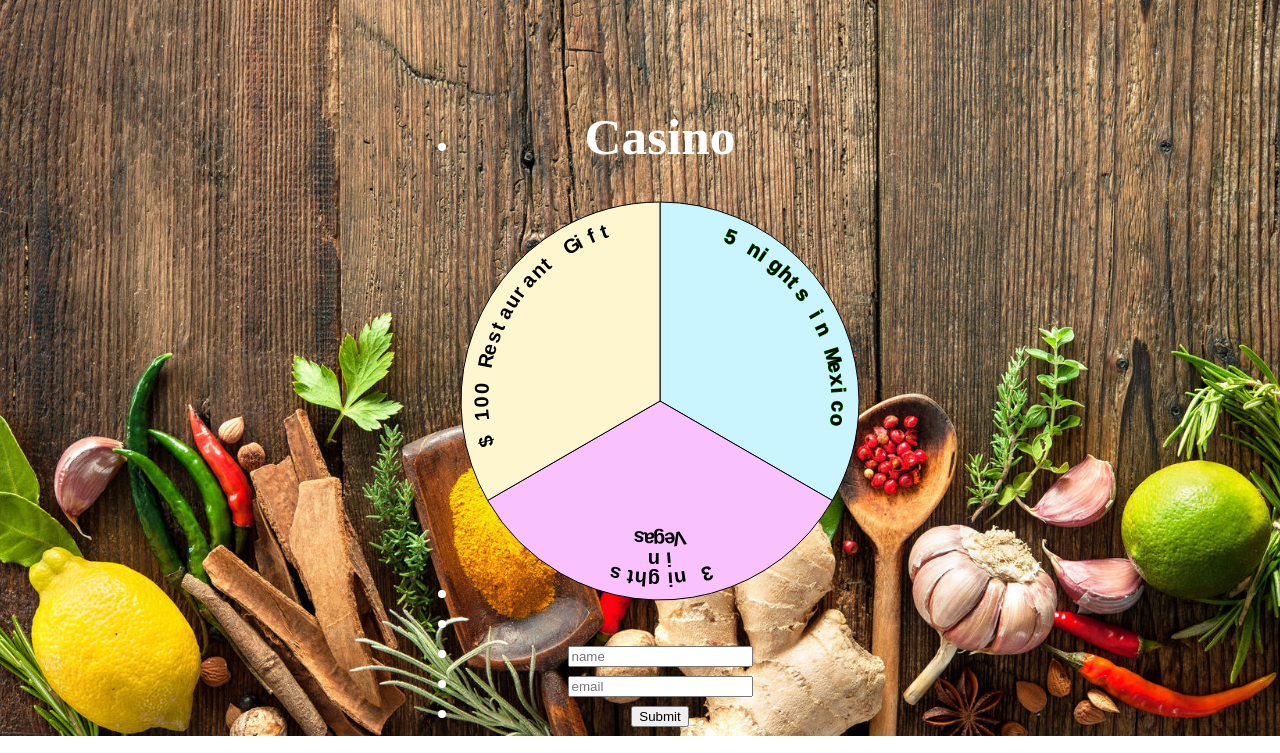
Repository: 43320888/upwork
Page: index.html
These files come from the project's save history. The page is drawn as it stood at one moment and after the next save; the edit follows.
The browser window is 1280 px wide. The pictures show the whole page.

Above is the page before, as saved 2019-01-16 21:23:52.

After the next save:
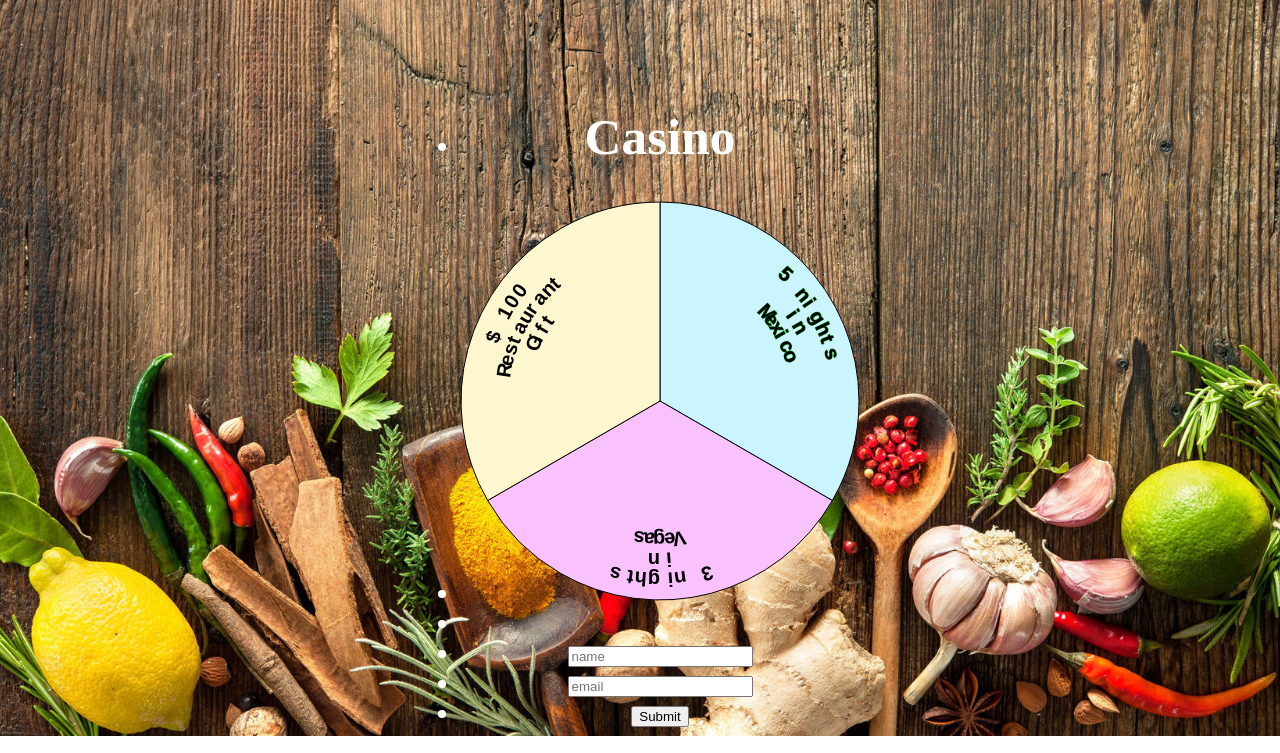
Saved 51 s later.
--- a/script.js
+++ b/script.js
@@ -6,9 +6,9 @@ const theWheel3 = new Winwheel({
 	'textAlignment': 'outer',
 	'textOrientation' : 'curved',
 	'segments': [
-		{ 'textStrokeStyle': 'hsl(120,100%,25%)', 'fillStyle': '#caf5ff', 'text': '5 nights in Mexico' },
+		{ 'textStrokeStyle': 'hsl(120,100%,25%)', 'fillStyle': '#caf5ff', 'text': '5 nights\n in \nMexico' },
 		{ 'fillStyle': '#f9c2fe', 'text': '3 nights\nin\nVegas' },
-		{ 'fillStyle': '#fdf6cf', 'text': '$ 100 Restaurant Gift' },
+		{ 'fillStyle': '#fdf6cf', 'text': '$ 100\nRestaurant\nGift' },
 	],
 });
 
